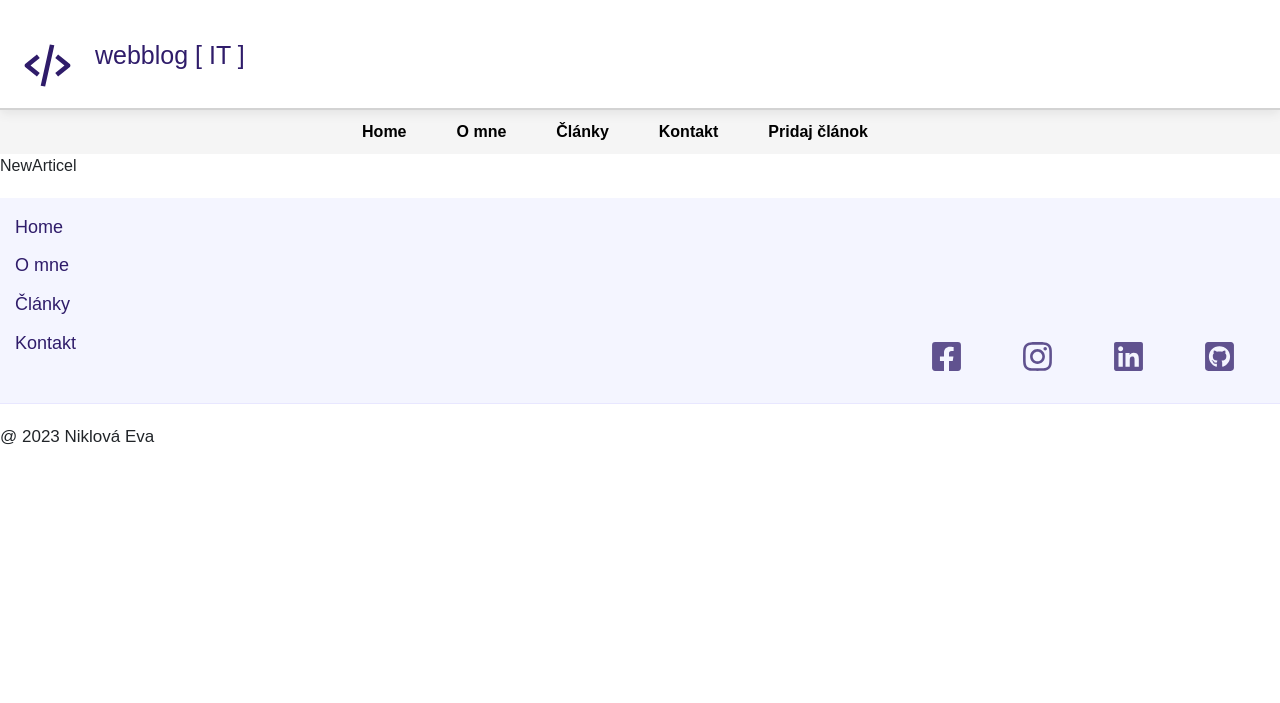
Repository: eniklova/github-bl
Page: /newarticel
An editor plug-in stored every save of this project. The page is shown before and after a run of saves, followed by the edit.
The browser window is 1280 px wide. The pictures show the whole page.
Some web fonts or font styles are not loaded; a fallback is used. The project was rebuilt for these pictures with package versions that can differ from the ones it lists, and the page was loaded fresh each time. Also part of the build but not shown: src/services/api.js, src/components/ArticleList.js, src/components/HeroSlider.css, src/components/HeroSlider.js, src/pages/Home.js, src/pages/Aboutme.js, src/data.js, src/pages/Articles.js and 3 more.

Above is the page before, as saved 2023-10-09 13:48:47.

### public/index.html
<!DOCTYPE html>
<html lang="cs">
<head>
    <meta charset="UTF-8">
    <meta http-equiv="X-UA-Compatible" content="IE=edge">
    <meta name="viewport" content="width=device-width, initial-scale=1.0">
    <link rel="stylesheet" href="https://use.typekit.net/ovu8btr.css">
    <title>Document</title>
</head>
<body>
    <div id="result">

    </div>
</body>
</html>

### src/index.js
import { createRoot } from 'react-dom/client';
import 'bootstrap/dist/css/bootstrap.min.css';

import './index.css';
import App from './App';


const container = document.getElementById('result')
const root = createRoot(container)
root.render(<App tab="home" />)

### src/App.js
import {BrowserRouter, Routes, Route} from "react-router-dom"
import Home from "./pages/Home"
import Aboutme from "./pages/Aboutme"
import Articles from "./pages/Articles"
import Kontakt from "./pages/Kontakt"
import Error from "./pages/Error"
import NewArticel from "./pages/NewArticel"
import SharedLayout from "./pages/SharedLayout"
import OneArticel from "./components/OneArticel"


const App = () =>  {
  return  <BrowserRouter>
    <Routes>

      <Route path="/" element={ <SharedLayout /> } >
        <Route index element={ <Home /> }  />
        <Route path="/aboutme" element={ <Aboutme /> } />
        <Route path="/articles" element={ <Articles />} />
        <Route path="/all-articles/:articleID" element={ <OneArticel />} />
        <Route path="/kontakt" element={ <Kontakt />} />
        <Route path="/newarticel" element={ <NewArticel />} />
        <Route path="*" element={ <Error /> }/>
      </Route>

    </Routes>
  </BrowserRouter>
}

export default App

### src/pages/NewArticel.js
import React from 'react'

const NewArticel = () => {
  return (
    <div>NewArticel</div>
  )
}

export default NewArticel

### src/pages/SharedLayout.js
import { Outlet } from "react-router-dom";
import Navbar from "../components/Navbar";
import Footer from "../components/Footer";


const SharedLayout = () => {
  return <>
        <Navbar/>
        <Outlet/>
        <Footer/>
    </>
 }

export default SharedLayout

### src/components/Navbar.js
import { NavLink } from "react-router-dom";
import { GiHamburgerMenu } from "react-icons/gi";
import { BiCodeAlt } from "react-icons/bi";
import "./Navbar.css";
import { useState } from "react";

const Navbar = () => {
  const [ showMenu, setShowMenu ] = useState(false)



  return (
    <header className="header">
      <div className="navigation">
        <div className="nav-header">
          <i className="logo-icon">
            <BiCodeAlt />
          </i>
          <h1 className="logo-title">
            <a href="/" rel="home">webblog [ IT ]</a>
          </h1>
          <button onClick={() => setShowMenu(!showMenu) }>
            <GiHamburgerMenu className="hamburger-icon" />
          </button>
        </div>
      </div>

      <div className={`${showMenu ? "nav-menu show" : "nav-menu hide"}`}>

        <NavLink to="/" className={ ({isActive}) => isActive ? "activeLink link" : "nonactiveLink link"}>Home</NavLink>
        <NavLink to="aboutme" className={ ({isActive}) => isActive ? "activeLink link" : "nonactiveLink link"}>O mne</NavLink>
        <NavLink to="articles" className={ ({isActive}) => isActive ? "activeLink link" : "nonactiveLink link"}>Články</NavLink>
        <NavLink to="kontakt" className={ ({isActive}) => isActive ? "activeLink link" : "nonactiveLink link"}>Kontakt</NavLink>
        <NavLink to="newarticle" className={ ({isActive}) => isActive ? "activeLink link" : "nonactiveLink link"}>Pridaj článok</NavLink>
      </div>
    </header>
  );
}

export default Navbar;

### src/components/Footer.js
import "./Footer.css"
import { NavLink } from "react-router-dom";
import { FaFacebookSquare, FaGithubSquare, FaInstagram, FaLinkedin } from 'react-icons/fa';





const Footer = () => {
    return <footer>
    <section className="footer">
        <div className="social">
        <a href="https://www.facebook.com/niklova/"><FaFacebookSquare className="icon-facebook"></FaFacebookSquare></a>
        <a href="https://www.instagram.com/e.nial/"><FaInstagram className="icon-instagram"></FaInstagram></a>
        <a href="https://www.linkedin.com/in/eva-niklov%C3%A1-b4b381272/"><FaLinkedin className="icon-linkedin"></FaLinkedin></a>
        <a href="https://github.com/eniklova"><FaGithubSquare className="icon-github"></FaGithubSquare></a>
      </div>

      <ul className="list">
          <li>
            <NavLink to="/">Home</NavLink>
          </li>
          <li>
            <NavLink to="aboutme">O mne</NavLink>
          </li>
          <li>
            <NavLink to="articles">Články</NavLink>
          </li>
          <li>
            <NavLink to="aboutme">Kontakt</NavLink>
          </li>

        </ul>

    </section>

    <p className="copyright">
    @ 2023  Niklová Eva
    </p>
    </footer>


  }


export default Footer;

### src/components/Navbar.css
* {
    margin: 0;
    padding: 0;
    box-sizing: border-box;
    font-family: "muli", sans-serif;
    font-style: normal;
  }

  /* Do 700px */
  nav {
    background-color: white;
  }

  .navigation {
    display: flex;
    flex-direction: row;
    justify-content: space-between;
    align-items: center;
    box-shadow: 0 4px 10px rgba(0, 0, 0, 0.08);
    border-bottom: 2px solid #0000002c;
    }

  .nav-header {
    display: flex;
    flex-direction: row;
    justify-content: space-between;
    align-items: center;
    min-height: 70px;
  }

  .logo-icon {
    font-size: 55px;
    padding: 5px;
    color: #2F1C6A;
    margin: 15px 0px 0px 15px;
  }

  .logo-title a {
    margin: 25px 10px 15px 10px;
    font-size: 25px;
    padding: 5px;
    color: #2F1C6A;
    text-decoration: none;
  }

  .nav-header button {
    display: none;
  }

  .nav-menu {
    display: flex;
    background-color: rgba(169, 169, 169, 0.119);
    flex-direction: row;
    justify-content: center;
    align-items: center;
    padding: 10px;
  }

  .nav-menu a {
    margin-right: 50px;
    font-family: "muli", sans-serif;
    font-weight: bold;
    text-decoration: none;
    }

  .activeLink {
    color: #2F1C6A;
  }


  .nonactiveLink {
    color: black
  }


  @media (max-width: 700px) {
    .navigation {
      flex-direction: column;
      justify-content: center;
      align-items: flex-start;
    }

    .nav-menu {
      width: 100%;
      padding: 10px 5px;
      flex-direction: column;
    }

    .nav-menu a {
      width: 100%;
      margin-right: 0;
      margin-bottom: 10px;
    }

    .nav-header button {
      display: block;
      background-color: transparent;
      border: none;
    }

    .nav-header {
      width: 100%;
    }

    .hamburger-icon {
      color: #301c6a61;
      font-size: 25px;
      margin-right: 20px;
    }

  .hide {
  height: 0px;
  overflow: hidden;
  transition: all 0.1s linear;
  }

  .show {
    height: 150px;
    transition: all 0.1s linear;
  }
  }

### src/components/Footer.css


.footer {
    padding: 25px 0;
    margin-top: 20px;
    background-color: #f4f5ff;
    display: flex;
    justify-content: space-between;
    align-items: flex-end;
    position: relative;
}

.footer .social {
    position: absolute;
    transition: height 600ms ease 0s;
    overflow: hidden;
    max-width: 600px;
    text-align: right;
    padding-bottom: 15px;
    color: #2F1C6A;
    right: 15px;
    bottom: 15px;
}

.footer .social a {
    font-size: 33px;
    color: inherit;
    width: 35px;
    height: 20px;
    line-height: 30px;
    display: inline-block;
    text-align: center;
    margin: 0 28px;
    opacity: 0.75;
}

.footer .social a:hover {
    opacity: 1.75;
}

.footer ul {
    margin-top: 0;
    padding: 0;
    list-style: none;
    font-size: 18px;
    line-height: 1.6;
    margin-bottom: 0;
    text-align: left;
    color: #2F1C6A;
    position: relative;
    left: 15px;
    bottom: 15px;
}

.footer ul li a {
    color: inherit;
    text-decoration: none;
    opacity: 1.75;
}

.footer ul li {
    display: block;
    padding: 5px 0;
}

.footer ul li a:hover {
    opacity: 1;
}

.copyright {
    text-align: center;
    font-size: 17px;
    display: flex;
    flex-wrap: wrap;
    border-top: solid 1px rgba(140, 133, 255, 0.2);
    padding: 20px 0;
    justify-content: space-between;
}

Loaded but not shown: src/index.css (common file)

After the next 2 saves:
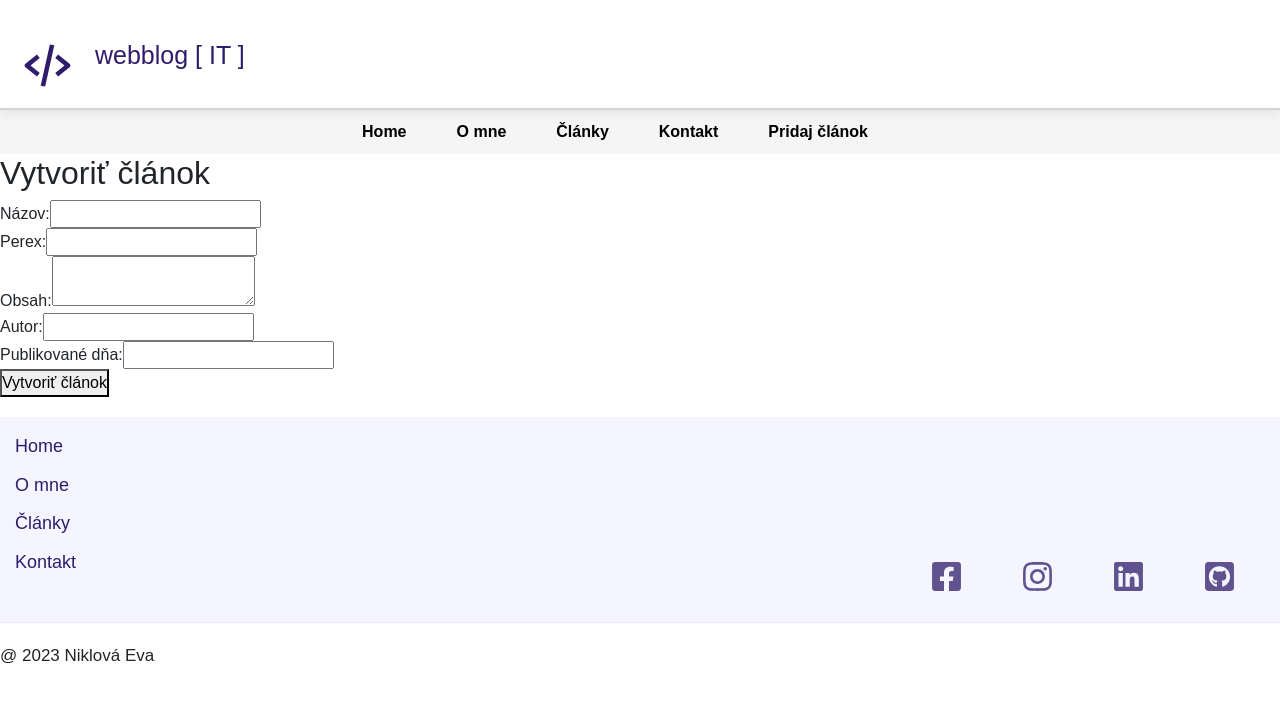
The 2 saves are shown as one change because 1 did not build or start.
The last was saved 4 min 30 s later.
--- a/src/pages/NewArticel.js
+++ b/src/pages/NewArticel.js
@@ -1,9 +1,107 @@
-import React from 'react'
 
-const NewArticel = () => {
+import React, { useState } from 'react';
+
+function ArticleForm() {
+  const [formData, setFormData] = useState({
+    title: '',
+    perex: '',
+    content: '',
+    author: '',
+    published_at: '',
+  });
+
+  const handleChange = (e) => {
+    const { name, value } = e.target;
+    setFormData({
+      ...formData,
+      [name]: value,
+    });
+  };
+
+  const handleSubmit = async (e) => {
+    e.preventDefault();
+
+    const headers = {
+      'Content-Type': 'application/json',
+      Accept: 'application/json',
+    };
+
+    try {
+      const response = await fetch('https://example.com/api/articles', {
+        method: 'POST',
+        headers: headers,
+        body: JSON.stringify(formData),
+      });
+
+      if (response.ok) {
+        console.log('Článok bol úspešne vytvorený');
+      } else {
+        console.error('Chyba pri vytváraní článku');
+      }
+    } catch (error) {
+      console.error('Chyba pri komunikácii s API:', error);
+    }
+  };
+
   return (
-    <div>NewArticel</div>
-  )
+    <div>
+      <h2>Vytvoriť článok</h2>
+      <form onSubmit={handleSubmit}>
+        <div>
+          <label htmlFor="title">Názov:</label>
+          <input
+            type="text"
+            id="title"
+            name="title"
+            value={formData.title}
+            onChange={handleChange}
+          />
+        </div>
+        <div>
+          <label htmlFor="perex">Perex:</label>
+          <input
+            type="text"
+            id="perex"
+            name="perex"
+            value={formData.perex}
+            onChange={handleChange}
+          />
+        </div>
+        <div>
+          <label htmlFor="content">Obsah:</label>
+          <textarea
+            id="content"
+            name="content"
+            value={formData.content}
+            onChange={handleChange}
+          />
+        </div>
+        <div>
+          <label htmlFor="author">Autor:</label>
+          <input
+            type="text"
+            id="author"
+            name="author"
+            value={formData.author}
+            onChange={handleChange}
+          />
+        </div>
+        <div>
+          <label htmlFor="published_at">Publikované dňa:</label>
+          <input
+            type="text"
+            id="published_at"
+            name="published_at"
+            value={formData.published_at}
+            onChange={handleChange}
+          />
+        </div>
+        <div>
+          <button type="submit">Vytvoriť článok</button>
+        </div>
+      </form>
+    </div>
+  );
 }
 
-export default NewArticel
+export default ArticleForm;

After the 3 saves that followed:
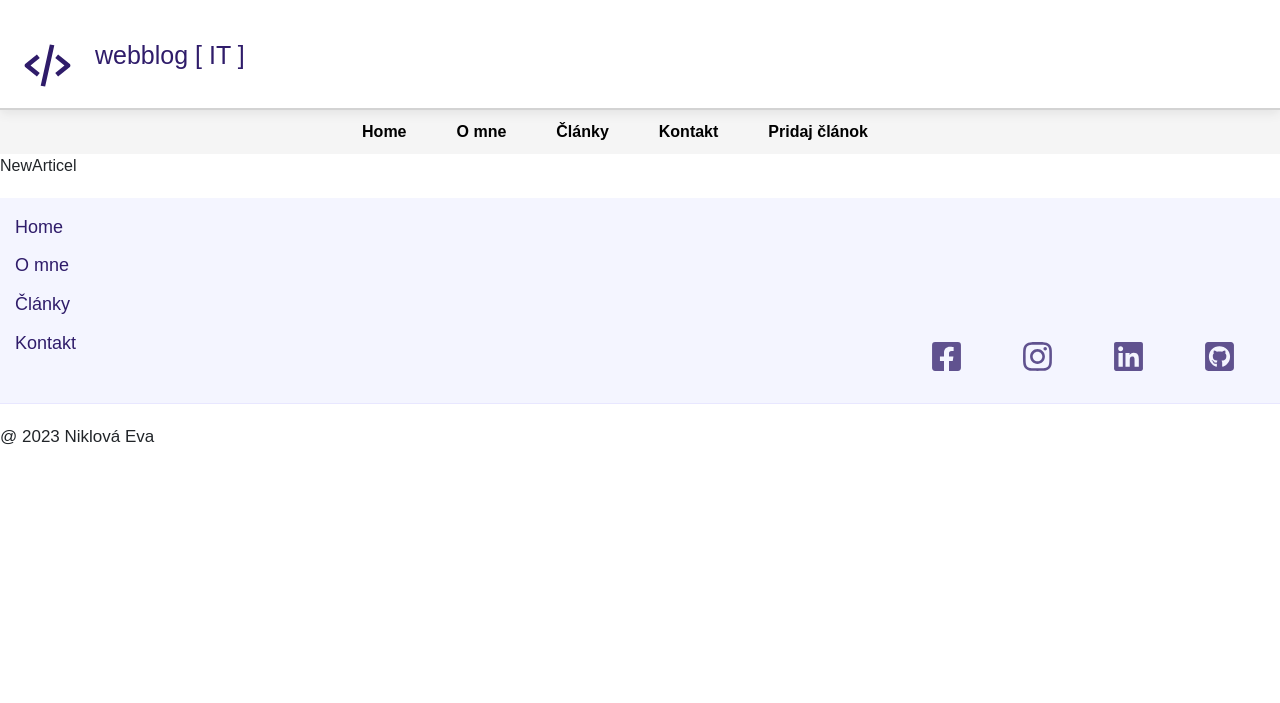
The 3 saves are shown as one change because they came seconds apart.
The last was saved 39 s later.
--- a/src/pages/NewArticel.js
+++ b/src/pages/NewArticel.js
@@ -1,107 +1,9 @@
+import React from 'react'
 
-import React, { useState } from 'react';
-
-function ArticleForm() {
-  const [formData, setFormData] = useState({
-    title: '',
-    perex: '',
-    content: '',
-    author: '',
-    published_at: '',
-  });
-
-  const handleChange = (e) => {
-    const { name, value } = e.target;
-    setFormData({
-      ...formData,
-      [name]: value,
-    });
-  };
-
-  const handleSubmit = async (e) => {
-    e.preventDefault();
-
-    const headers = {
-      'Content-Type': 'application/json',
-      Accept: 'application/json',
-    };
-
-    try {
-      const response = await fetch('https://example.com/api/articles', {
-        method: 'POST',
-        headers: headers,
-        body: JSON.stringify(formData),
-      });
-
-      if (response.ok) {
-        console.log('Článok bol úspešne vytvorený');
-      } else {
-        console.error('Chyba pri vytváraní článku');
-      }
-    } catch (error) {
-      console.error('Chyba pri komunikácii s API:', error);
-    }
-  };
-
+const NewArticel = () => {
   return (
-    <div>
-      <h2>Vytvoriť článok</h2>
-      <form onSubmit={handleSubmit}>
-        <div>
-          <label htmlFor="title">Názov:</label>
-          <input
-            type="text"
-            id="title"
-            name="title"
-            value={formData.title}
-            onChange={handleChange}
-          />
-        </div>
-        <div>
-          <label htmlFor="perex">Perex:</label>
-          <input
-            type="text"
-            id="perex"
-            name="perex"
-            value={formData.perex}
-            onChange={handleChange}
-          />
-        </div>
-        <div>
-          <label htmlFor="content">Obsah:</label>
-          <textarea
-            id="content"
-            name="content"
-            value={formData.content}
-            onChange={handleChange}
-          />
-        </div>
-        <div>
-          <label htmlFor="author">Autor:</label>
-          <input
-            type="text"
-            id="author"
-            name="author"
-            value={formData.author}
-            onChange={handleChange}
-          />
-        </div>
-        <div>
-          <label htmlFor="published_at">Publikované dňa:</label>
-          <input
-            type="text"
-            id="published_at"
-            name="published_at"
-            value={formData.published_at}
-            onChange={handleChange}
-          />
-        </div>
-        <div>
-          <button type="submit">Vytvoriť článok</button>
-        </div>
-      </form>
-    </div>
-  );
+    <div>NewArticel</div>
+  )
 }
 
-export default ArticleForm;
+export default NewArticel
